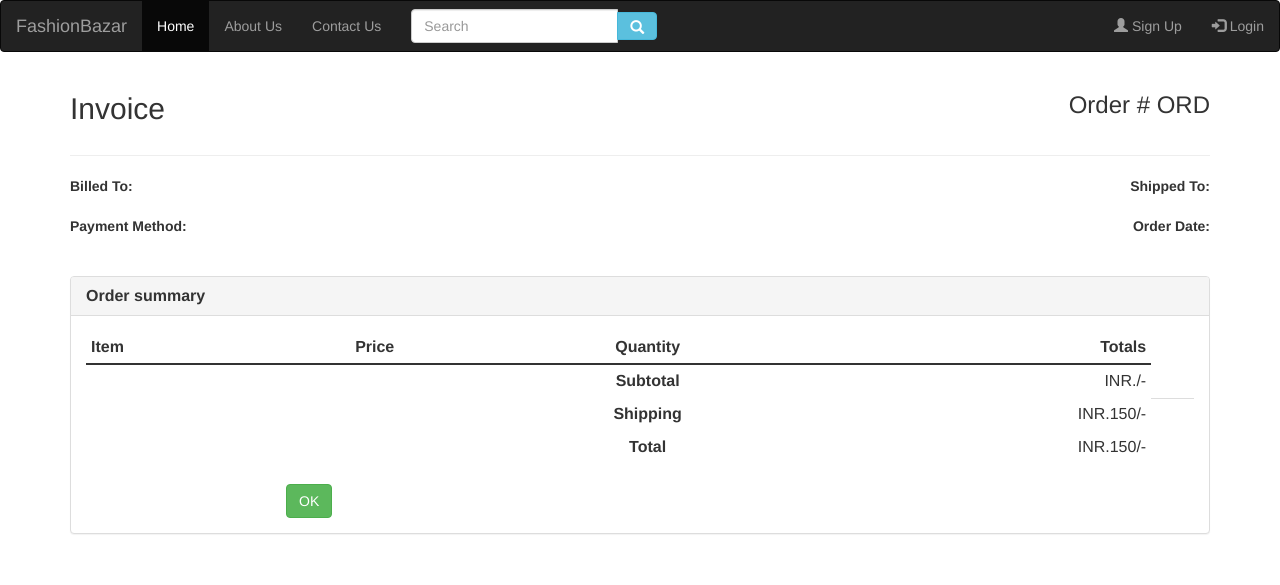
Repository: SmithaMendonca/Project-1
Page: http://localhost/FashionBazarFrontend/WEB-INF/views/Receipt.jsp
An editor plug-in stored every save of this project. The page is shown before and after the next save, followed by the edit.
The browser window is 1280 px wide. The pictures show the whole page.
The page is served by Tomcat 9. Nobody is signed in. Other server files are loaded and not shown. The template is opened directly, without the code that normally fills it, so the values that code supplies are empty.

Above is the page before, as saved 2019-06-06 06:08:27.

### FashionBazarFrontend/src/main/webapp/WEB-INF/views/Receipt.jsp
<%@include file="Header.jsp"%>
<html>
<head>
<style type="text/css">
.invoice-title h2, .invoice-title h3 {
    display: inline-block;
}

.table > tbody > tr > .no-line {
    border-top: none;
}

.table > thead > tr > .no-line {
    border-bottom: none;
}

.table > tbody > tr > .thick-line {
    border-top: 2px solid;
}
</style>
</head>
<body>
<div class="container">
    <div class="row">
        <div class="col-xs-12">
    		<div class="invoice-title">
    			<h2>Invoice</h2><h3 class="pull-right">Order # ORD${orderInfo.orderId}</h3>
    		</div>
    		<hr>
    		<div class="row">
    			<div class="col-xs-6">
    				<address>
    				<strong>Billed To:</strong><br>
    					${orderInfo.username}
    				</address>
    			</div>
    			<div class="col-xs-6 text-right">
    				<address>
        			<strong>Shipped To:</strong><br>
    					${address}
    				</address>
    			</div>
    		</div>
    		<div class="row">
    			<div class="col-xs-6">
    				<address>
    					<strong>Payment Method:</strong><br>
    					  ${orderInfo.pmode}<br>
    				</address>
    			</div>
    			<div class="col-xs-6 text-right">
    				<address>
    					<strong>Order Date:</strong><br>
    					${orderInfo.orderDate}<br>
    				</address>
    			</div>
    		</div>
    	</div>
    </div>

  <form action="<c:url value="/thanks"/>" method="post">
    <div class="row">
    	<div class="col-md-12">
    		<div class="panel panel-default">
    			<div class="panel-heading">
    				<h3 class="panel-title"><strong>Order summary</strong></h3>
    			</div>
    			<div class="panel-body">
    				<div class="table-responsive">
    					<table class="table table-condensed">
    						<thead>
                                <tr>
        							<td><strong>Item</strong></td>
        							<td class="text-center"><strong>Price</strong></td>
        							<td class="text-center"><strong>Quantity</strong></td>
        							<td class="text-right"><strong>Totals</strong></td>
                                </tr>
    						</thead>
    						<tbody>

    							<c:forEach items="${cartItems}" var="cartItem">
    							<tr>
    								<td>${cartItem.productName}</td>
    								<td class="text-center">${cartItem.price}</td>
    								<td class="text-center">${cartItem.quantity}</td>
    								<td class="text-right">${cartItem.price*cartItem.quantity}</td>
    							</tr>
    							</c:forEach>
    							<tr>
    								<td class="thick-line"></td>
    								<td class="thick-line"></td>
    								<td class="thick-line text-center"><strong>Subtotal</strong></td>
    								<td class="thick-line text-right">INR.${grandTotal}/-</td>
    							</tr>
    							<tr>
    								<td class="no-line"></td>
    								<td class="no-line"></td>
    								<td class="no-line text-center"><strong>Shipping</strong></td>
    								<td class="no-line text-right">INR.150/-<td>
    							</tr>
    							<tr>
    								<td class="no-line"></td>
    								<td class="no-line"></td>
    								<td class="no-line text-center"><strong>Total</strong></td>
    								<td class="no-line text-right">INR.${grandTotal+150}/-</td>
    							</tr>
    						</tbody>
    					</table>
    					<input style="margin-left: 200px" type="submit" value="OK" class="btn btn-success">
    				</div>
    			</div>
    		</div>
    	</div>
    </div>
  </form>
</div>

</body>
</html>

### FashionBazarFrontend/src/main/webapp/WEB-INF/views/Header.jsp
<%@ page language="java" contentType="text/html"%>
<%@ taglib uri="http://java.sun.com/jsp/jstl/core" prefix="c"%>
<%@taglib prefix="form" uri="http://www.springframework.org/tags/form"%>
<html>
<head>
<title>Welcome to Fashion Bazar</title>
 <meta charset="utf-8">
 <meta name="viewport" content="width=device-width, initial-scale=1">
 <link rel="stylesheet" href="https://maxcdn.bootstrapcdn.com/bootstrap/3.4.0/css/bootstrap.min.css">
  <script src="https://ajax.googleapis.com/ajax/libs/jquery/3.4.0/jquery.min.js"></script>
  <script src="https://maxcdn.bootstrapcdn.com/bootstrap/3.4.0/js/bootstrap.min.js"></script>
</head>
<body>
	  <nav class="navbar navbar-inverse">
      <div class="container-fluid">
        <div class="navbar-header">
	         <a class="navbar-brand" href="#">FashionBazar</a>
        </div>
        <ul class="nav navbar-nav">
         <c:if test="${!sessionScope.loggedIn }">
	      <li class="active"><a href="index.jsp">Home</a></li>
          <li><a href="<c:url value="/aboutus"/>">About Us</a></li>
          <li><a href="<c:url value="/contactus"/>">Contact Us</a></li>
          <form class="navbar-form navbar-left">
  				<div class="input-group">
    			  <input type="text" class="form-control" placeholder="Search">
   				 	<div class="input-group-btn">
      				<button class="btn btn-info" type="button">
        				<span class="glyphicon glyphicon-search"></span>
      				</button>
    				</div>
  				</div>
			</form>
         </c:if>

         <c:if test="${sessionScope.loggedIn }">
               <c:if test="${sessionScope.role=='ROLE_ADMIN' }">
	      <li><a href="<c:url value="/category"/>">Category Management</a></li>
          <li><a href="<c:url value="/product"/>">Product Management</a></li>
               </c:if>
         </c:if>

          <c:if test="${sessionScope.loggedIn }">
              <c:if test="${sessionScope.role=='ROLE_USER' }">
           <li><a href="<c:url value="/productPage"/>">Products</a></li>
          <li><a href="<c:url value="/showCart"/>">Cart</a></li>
              </c:if>
          </c:if>
       </ul>

       <ul class="nav navbar-nav navbar-right">
         <c:if test="${!sessionScope.loggedIn }">
	     	<li><a href="<c:url value="/register"/>"><span class="glyphicon glyphicon-user"></span> Sign Up</a></li>
        	 <li><a href="<c:url value="/login"/>"><span class="glyphicon glyphicon-log-in"></span> Login</a></li>
         </c:if>

         <c:if test="${sessionScope.loggedIn }">
            <li><a href="#"><span class="glyphicon glyphicon-user"></span>Hi ${sessionScope.username}</a></li>
            <li><a href="<c:url value="/perform_logout"/>"><span class="glyphicon glyphicon-log-in"></span> Logout</a></li>
         </c:if>
       </ul>
     </div>
    </nav>
</body>
</html>

After the next save:
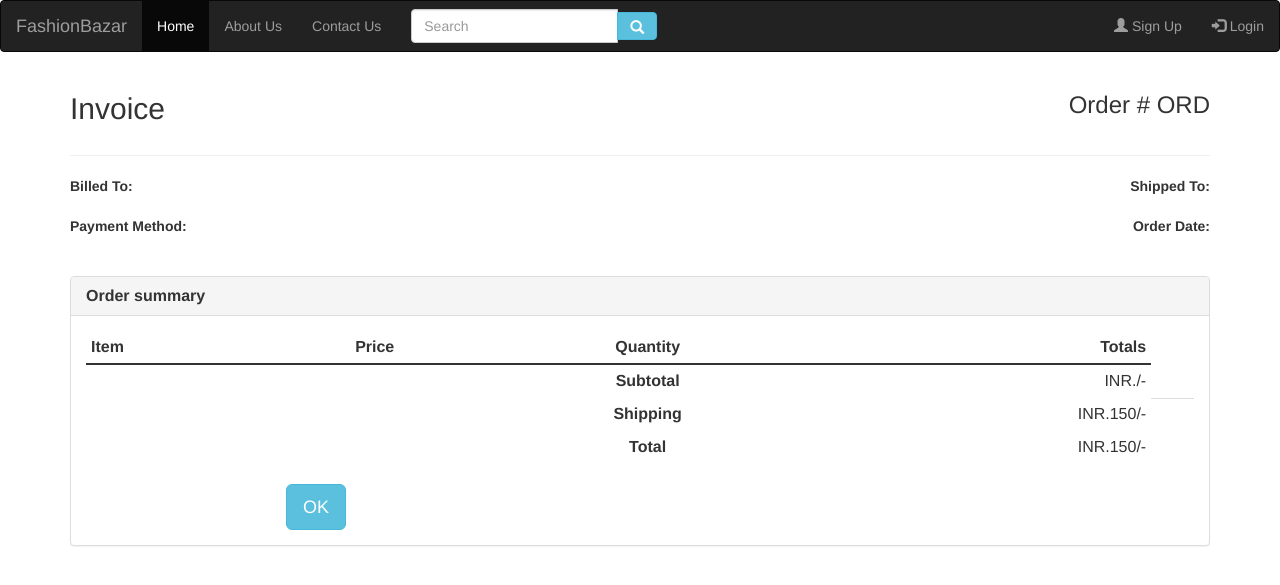
Saved 24 s later.
--- a/FashionBazarFrontend/src/main/webapp/WEB-INF/views/Receipt.jsp
+++ b/FashionBazarFrontend/src/main/webapp/WEB-INF/views/Receipt.jsp
@@ -106,7 +106,7 @@
     							</tr>
     						</tbody>
     					</table>
-    					<input style="margin-left: 200px" type="submit" value="OK" class="btn btn-success">
+    					<input style="margin-left: 200px" type="submit" value="OK" class="btn btn-lg btn-info"/>
     				</div>
     			</div>
     		</div>
